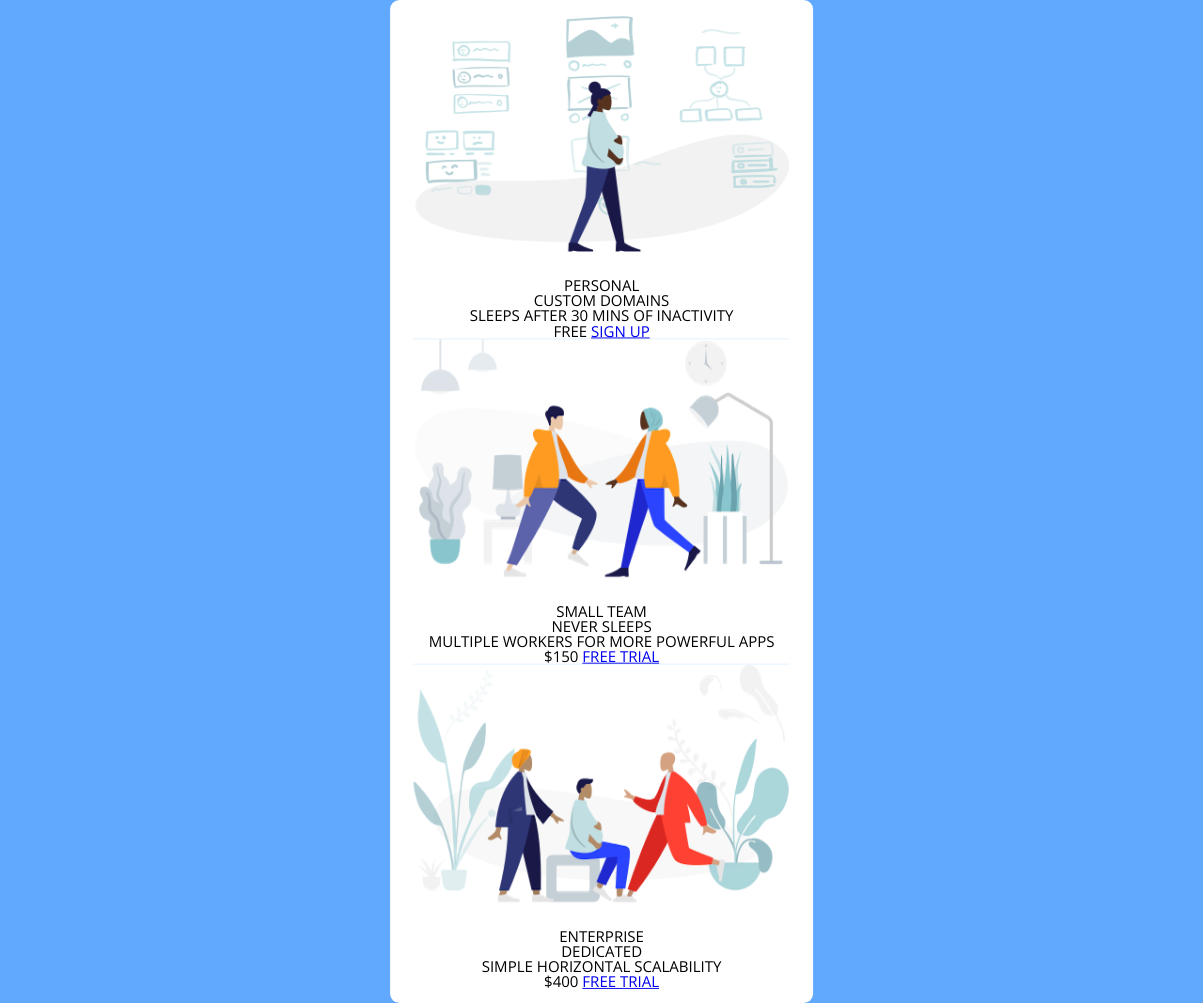
Repository: fatehailey/Pricing-Panel
Page: index.html
An editor plug-in stored every save of this project. The page is shown before and after a run of saves, followed by the edit.
The browser window is 1280 px wide. The pictures show the whole page, at 94% of full size.

Above is the page before, as saved 2022-09-05 20:17:16.

After the next 5 saves:
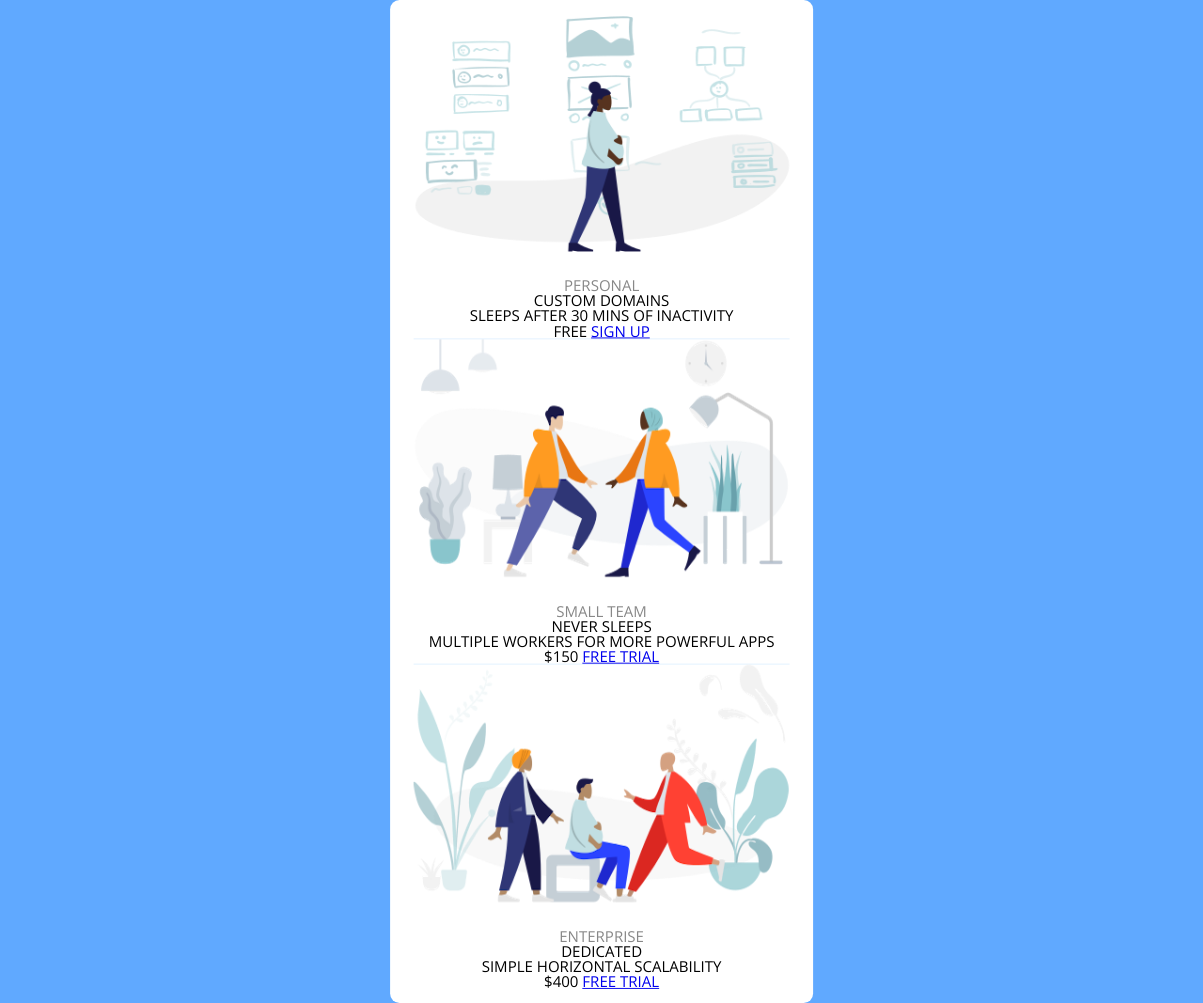
The 5 saves are shown as one change because they came seconds apart.
The last was saved 20 s later.
--- a/app.css
+++ b/app.css
@@ -81,5 +81,6 @@ body{
 }
 
 .pricing-header{
+    color: #888;
 
 }
